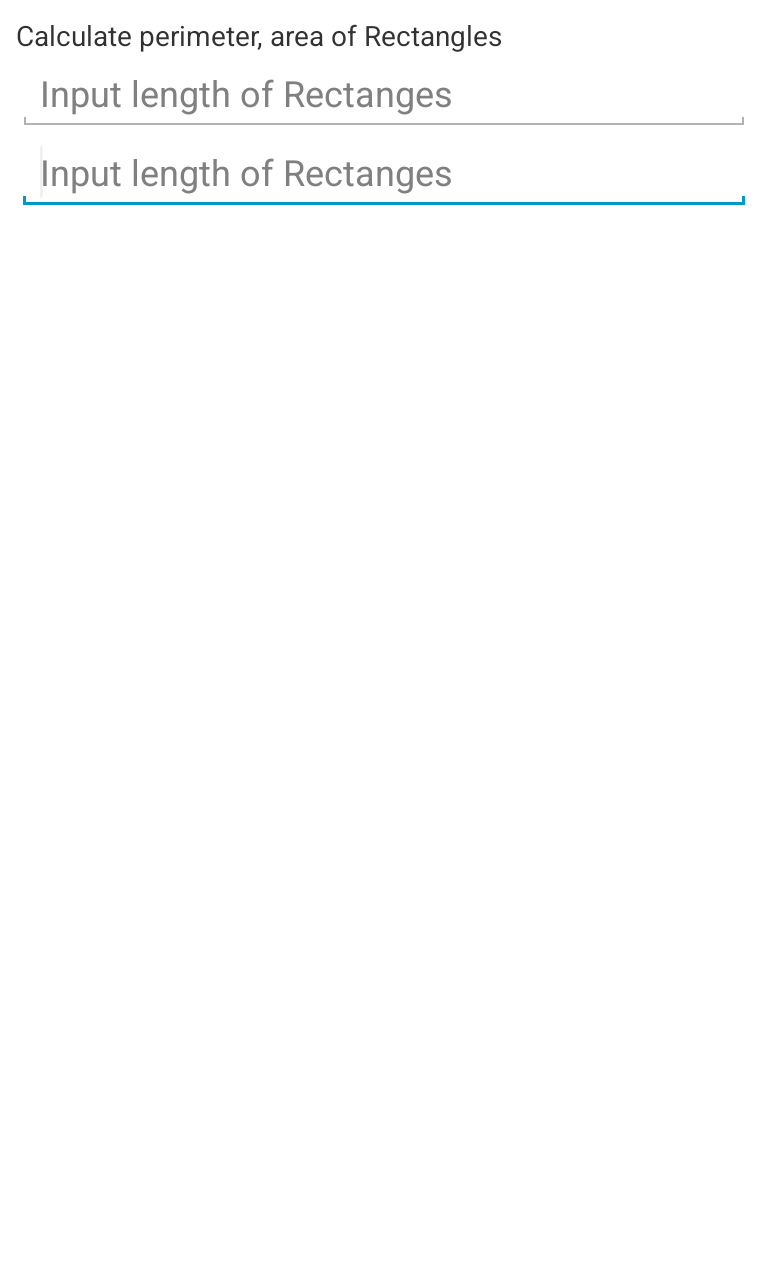
Repository: LightWay152/Lesson1_Variable_Type_Operations
Layout: Perimeter_Area_Rectangles_Circles/res/layout/activity_main.xml
An editor plug-in stored every save of this project. The layout is shown before and after the next save, followed by the edit.
It is drawn on a 768 x 1280 px phone screen (xhdpi) without system bars, with theme AppTheme; the app's code is not run.

Above is the layout before, as saved 2017-01-01 08:43:24.

### Perimeter_Area_Rectangles_Circles/res/layout/activity_main.xml
<LinearLayout xmlns:android="http://schemas.android.com/apk/res/android"
    xmlns:tools="http://schemas.android.com/tools"
    android:layout_width="match_parent"
    android:layout_height="match_parent"
    android:orientation="vertical"
    android:padding="8dp"
    tools:context="${relativePackage}.${activityClass}" >

    <TextView
        android:layout_width="match_parent"
        android:layout_height="wrap_content"
        android:text="@string/calculate_perimeter_area_rectangles"/>
	<EditText
        android:id="@+id/EditText1"
        android:layout_width="match_parent"
        android:layout_height="wrap_content"
        android:hint="@string/input_length"
        android:ems="10" >
        <requestFocus />
    </EditText>
		<EditText
        android:id="@+id/EditText2"
        android:layout_width="match_parent"
        android:layout_height="wrap_content"
        android:hint="@string/input_length"
        android:ems="10" >
        <requestFocus />
    </EditText>

</LinearLayout>

### Perimeter_Area_Rectangles_Circles/res/values/strings.xml
<?xml version="1.0" encoding="utf-8"?>
<resources>

    <string name="app_name">Rectangles_Circles</string>
    <string name="hello_world">Hello world!</string>
    <string name="calculate_perimeter_area_rectangles">Calculate perimeter, area of Rectangles</string>
    <string name="input_length">Input length of Rectanges</string>
    <string name="input_width">Input width of Rectangles</string>


</resources>

Loaded but not shown: Perimeter_Area_Rectangles_Circles/res/values/styles.xml (common file); Perimeter_Area_Rectangles_Circles/res/values-v11/styles.xml (common file); Perimeter_Area_Rectangles_Circles/res/values-v14/styles.xml (common file)

After the next save:
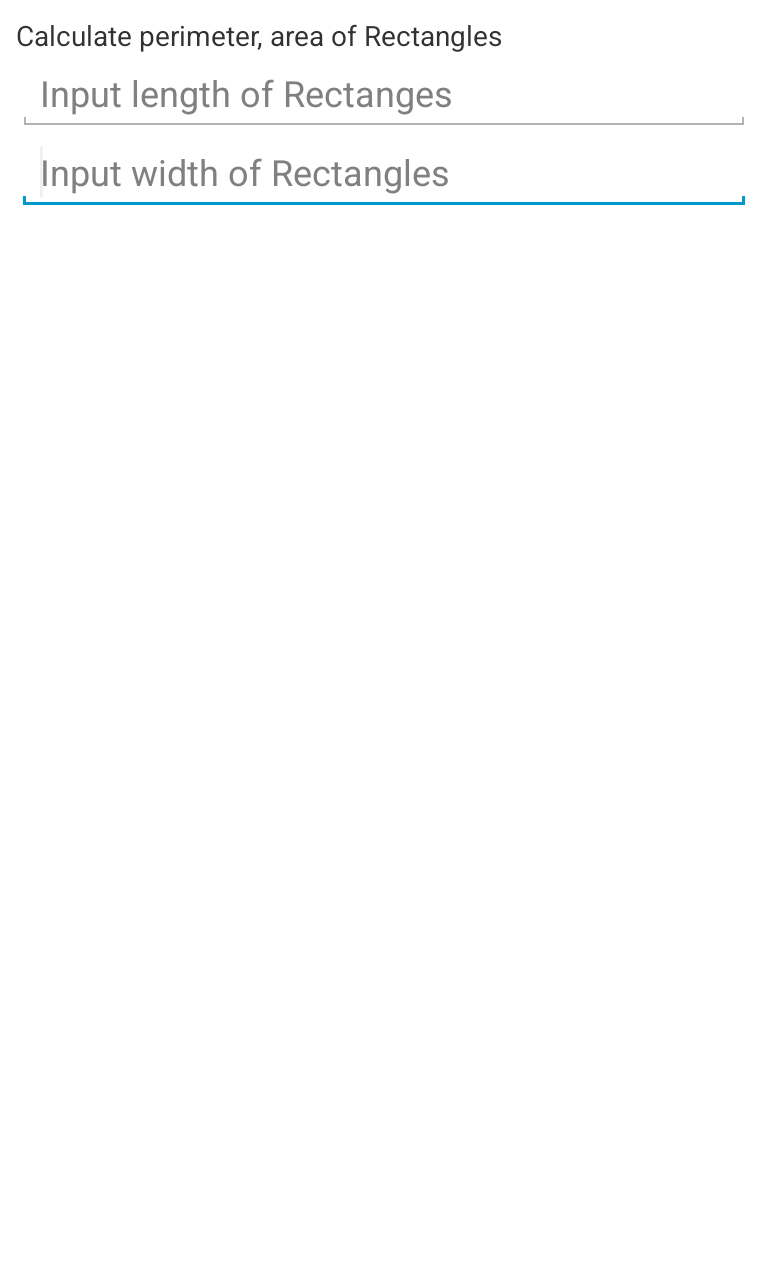
Saved 14 s later.
--- a/Perimeter_Area_Rectangles_Circles/res/layout/activity_main.xml
+++ b/Perimeter_Area_Rectangles_Circles/res/layout/activity_main.xml
@@ -22,7 +22,7 @@
         android:id="@+id/EditText2"
         android:layout_width="match_parent"
         android:layout_height="wrap_content"
-        android:hint="@string/input_length"
+        android:hint="@string/input_width"
         android:ems="10" >
         <requestFocus />
     </EditText>
